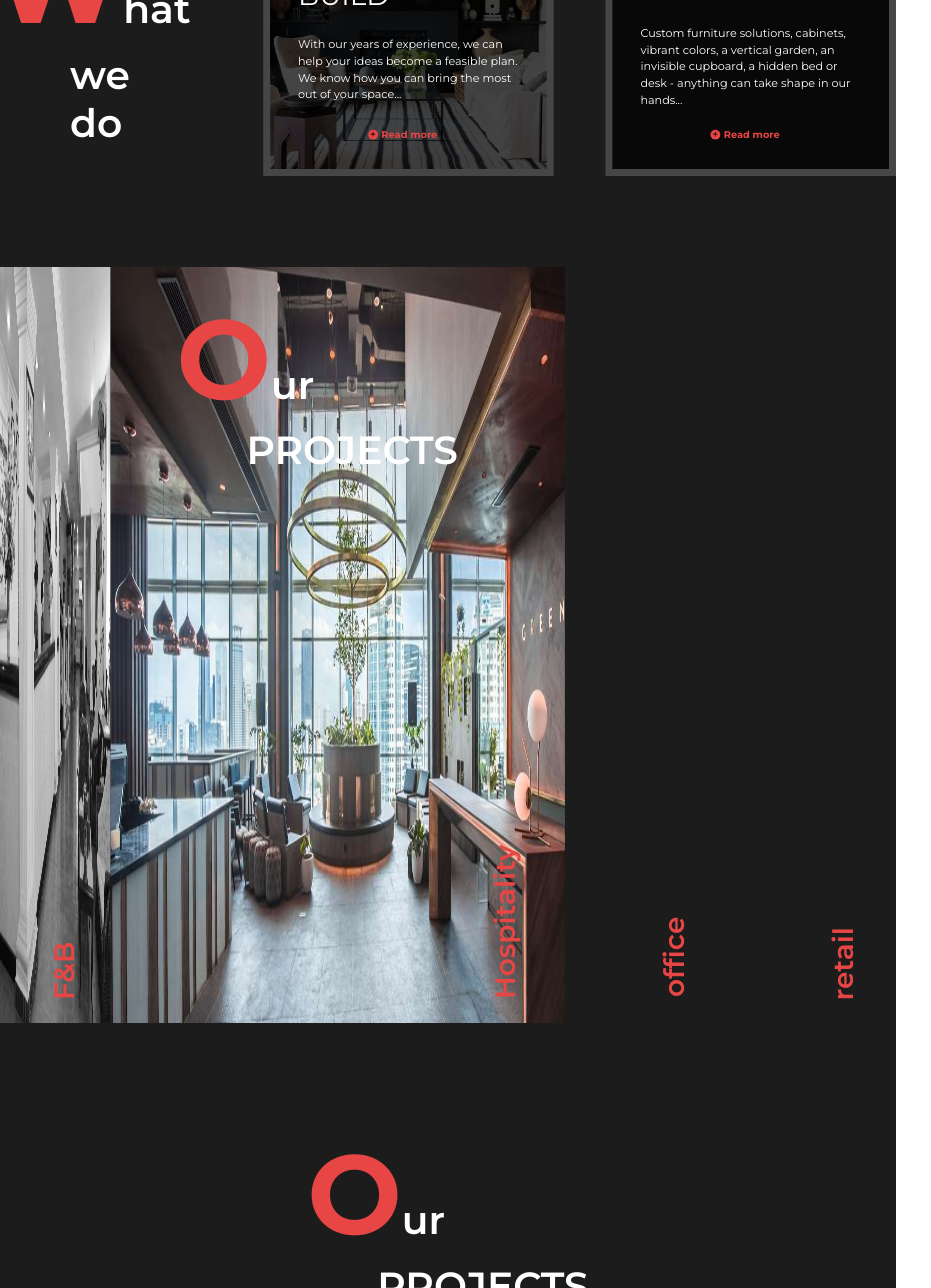
Repository: iphoneboy46/demoMonaFigma
Page: index.html
The author's editor kept a copy of each file at every save. The page is drawn from the files as they stood at one save, then again after the next save.
The browser window is 1280 px wide. The page is 1330 px wide, so the pictures cover 1330 px, including what lies to the right of the window. The pictures show the part of the page from y = 2289 to 4129 px (the page is 5304 px tall), at 70% of full size.
The pointer rests on the first visible `.section_img-2`.
Some web libraries are served in a nearby version.

Above is the page before, as saved 2023-03-20 21:54:08.

After the next save:
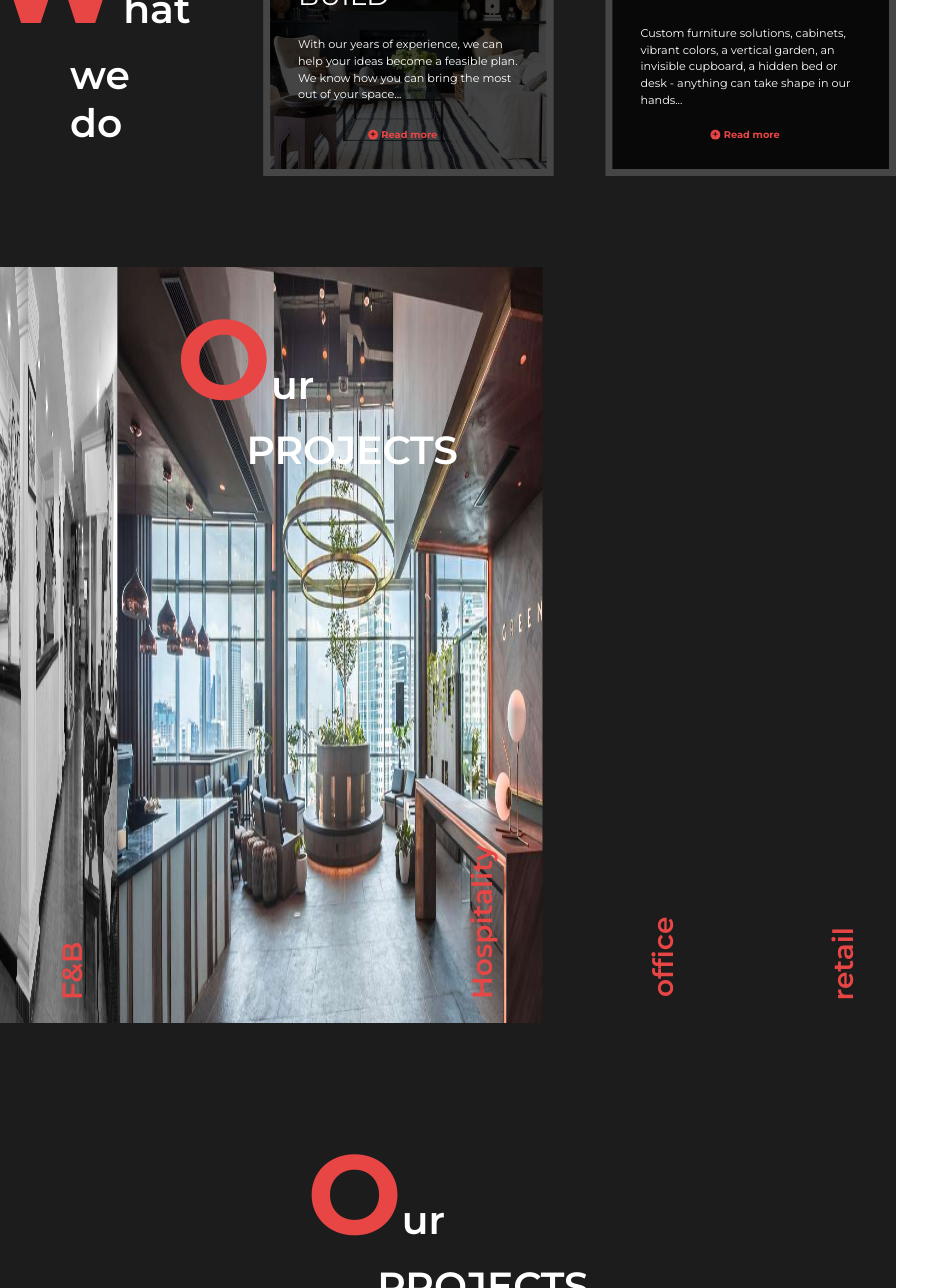
Saved 7 s later.
--- a/style.css
+++ b/style.css
@@ -782,7 +782,7 @@
 }
 
 .section_img-2:hover {
-  width: 1320px;
+  width:90%;
 }
 
 .section_img-2:hover .img-2-not {
